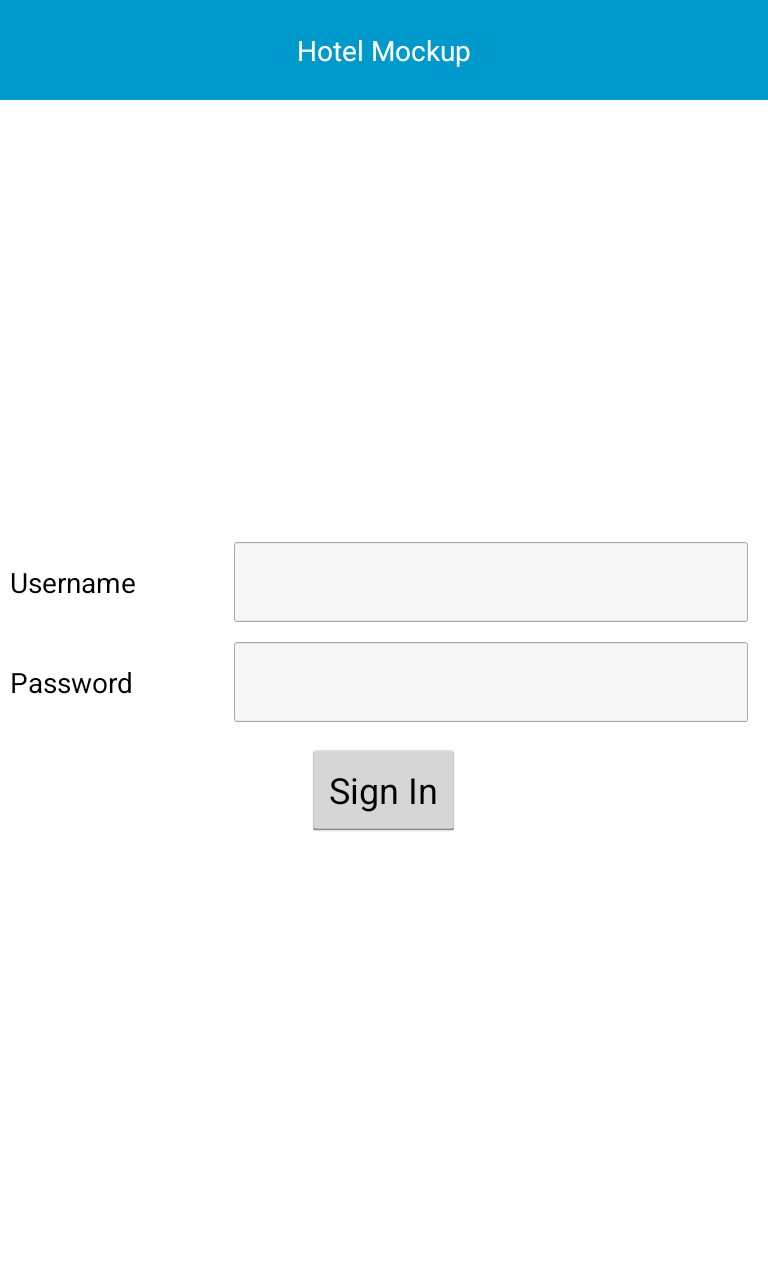
Repository: pankajk7/hotel_mockup
Layout: Hotel_MockUp/res/layout/login_layout.xml
These files come from the project's save history. The layout is drawn as it stood at one moment and after the next save; the edit follows.
It is drawn on a 768 x 1280 px phone screen (xhdpi) without system bars, with theme AppTheme; the app's code is not run.

Above is the layout before, as saved 2014-11-05 11:59:28.

### Hotel_MockUp/res/layout/login_layout.xml
<?xml version="1.0" encoding="utf-8"?>
<LinearLayout xmlns:android="http://schemas.android.com/apk/res/android"
    android:layout_width="fill_parent"
    android:layout_height="fill_parent"
    android:background="#fff"
    android:gravity="center"
    android:orientation="vertical" >

    <LinearLayout
        android:layout_width="match_parent"
        android:layout_height="50dp"
        android:layout_weight="0"
        android:background="@color/lightBlue" >

        <TextView
            android:layout_width="match_parent"
            android:layout_height="match_parent"
            android:gravity="center"
            android:text="Hotel Mockup"
            android:textColor="#fff" />
    </LinearLayout>

    <LinearLayout
        android:layout_width="match_parent"
        android:layout_height="match_parent"
        android:layout_weight="1"
        android:gravity="center"
        android:orientation="vertical" >

        <LinearLayout
            android:layout_width="match_parent"
            android:layout_height="wrap_content"
            android:layout_margin="5dp"
            android:orientation="horizontal" >

            <TextView
                style="@style/textviewstyle"
                android:layout_width="match_parent"
                android:layout_height="match_parent"
                android:layout_weight="2.5"
                android:gravity="center_vertical|left"
                android:text="Username"
                android:textSize="14dp" />

            <EditText
                android:id="@+id/edittext_login_email"
                style="@style/edittextstyle"
                android:layout_width="match_parent"
                android:layout_height="40dp"
                android:layout_marginLeft="5dp"
                android:layout_marginRight="5dp"
                android:layout_weight="1"
                android:inputType="textEmailAddress"
                android:singleLine="true" />
        </LinearLayout>

        <LinearLayout
            android:layout_width="match_parent"
            android:layout_height="wrap_content"
            android:layout_margin="5dp"
            android:orientation="horizontal" >

            <TextView
                style="@style/textviewstyle"
                android:layout_width="match_parent"
                android:layout_height="match_parent"
                android:layout_weight="2.5"
                android:gravity="center_vertical|left"
                android:text="Password"
                android:textSize="14dp" />

            <EditText
                android:id="@+id/edittext_login_password"
                style="@style/edittextstyle"
                android:layout_width="match_parent"
                android:layout_height="40dp"
                android:layout_marginLeft="5dp"
                android:layout_marginRight="5dp"
                android:layout_weight="1"
                android:inputType="textPassword"
                android:singleLine="true" />
        </LinearLayout>

        <LinearLayout
            android:layout_width="match_parent"
            android:layout_height="wrap_content"
            android:layout_margin="5dp"
            android:gravity="center"
            android:orientation="horizontal" >

            <Button
                android:id="@+id/button_login_signIn"
                android:layout_width="wrap_content"
                android:layout_height="wrap_content"
                android:text="Sign In" />
        </LinearLayout>
    </LinearLayout>

</LinearLayout>

### Hotel_MockUp/res/values/styles.xml
<resources xmlns:android="http://schemas.android.com/apk/res/android">

    <!--
        Base application theme, dependent on API level. This theme is replaced
        by AppBaseTheme from res/values-vXX/styles.xml on newer devices.
    -->
    <style name="AppBaseTheme" parent="android:Theme.Light">
        <!--
            Theme customizations available in newer API levels can go in
            res/values-vXX/styles.xml, while customizations related to
            backward-compatibility can go here.
        -->
    </style>

    <style name="ActionBarStyle" parent="android:Theme.NoTitleBar">
    <item name="android:windowActionBar">true</item>
    </style>

    <!-- Application theme. -->
    <style name="AppTheme" parent="@android:style/Theme.Holo.Light">
        <!-- All customizations that are NOT specific to a particular API-level can go here. -->
    </style>

    <style name="edittextstyle" parent="AppBaseTheme">
        <item name="android:background">@drawable/edittext_background</item>
        <item name="android:textColor">#000</item>
        <item name="android:padding">5dp</item>
    </style>

    <style name="textviewstyle" parent="AppBaseTheme">
        <item name="android:textColor">#000</item>
    </style>

</resources>

### Hotel_MockUp/res/values/colors.xml
<?xml version="1.0" encoding="utf-8"?>
<resources>

    <color name="white">#ffffff</color>
	<color name="lightBlue">#0099cc</color>
</resources>

### Hotel_MockUp/res/values-v11/styles.xml
<resources>

    <!--
        Base application theme for API 11+. This theme completely replaces
        AppBaseTheme from res/values/styles.xml on API 11+ devices.
    -->
    <style name="AppBaseTheme" parent="">
        <!-- API 11 theme customizations can go here. -->
    </style>

</resources>

### Hotel_MockUp/res/values-v14/styles.xml
<resources>

    <!--
        Base application theme for API 14+. This theme completely replaces
        AppBaseTheme from BOTH res/values/styles.xml and
        res/values-v11/styles.xml on API 14+ devices.
    -->
    <style name="AppBaseTheme" parent="">
        <!-- API 14 theme customizations can go here. -->
    </style>

</resources>

After the next save:
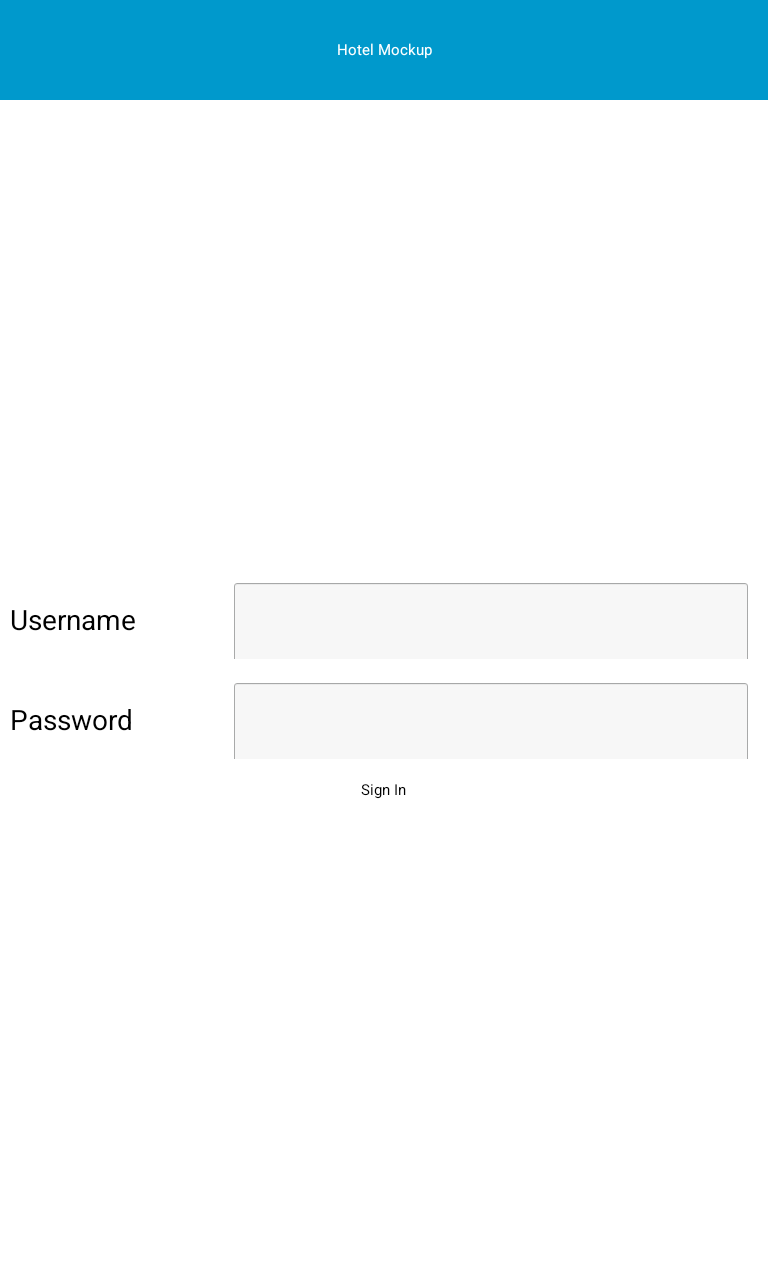
Saved 42 s later.
--- a/Hotel_MockUp/res/values/styles.xml
+++ b/Hotel_MockUp/res/values/styles.xml
@@ -13,11 +13,10 @@
     </style>
 
     <style name="ActionBarStyle" parent="android:Theme.NoTitleBar">
-    <item name="android:windowActionBar">true</item>
     </style>
 
     <!-- Application theme. -->
-    <style name="AppTheme" parent="@android:style/Theme.Holo.Light">
+    <style name="AppTheme" parent="AppBaseTheme">
         <!-- All customizations that are NOT specific to a particular API-level can go here. -->
     </style>
 
